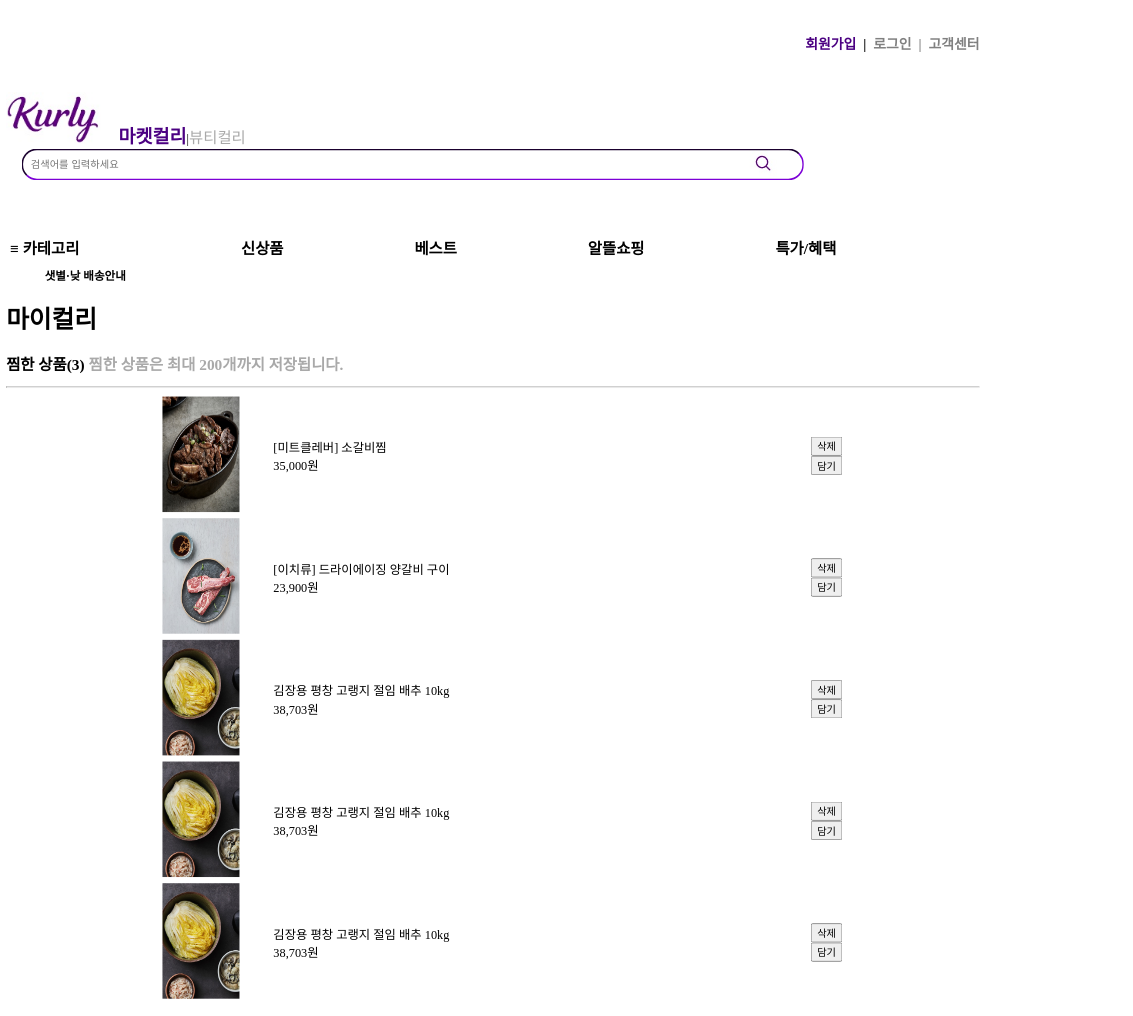
Repository: buildadoor/eclipse
Page: frontWeb/src/main/webapp/z02_kurlyproject/likelist.html
These files come from the project's save history. The page is drawn as it stood at one moment and after the next save; the edit follows.
The browser window is 1280 px wide. The page is 1472 px wide, so the pictures cover 1472 px, including what lies to the right of the window. The pictures show the whole page, at 77% of full size.

Above is the page before, as saved 2022-11-14 11:46:54.

### frontWeb/src/main/webapp/z02_kurlyproject/likelist.html
<!DOCTYPE html>
<html>
<head>
<meta charset="UTF-8">
<title>Kurly 마켓컬리/뷰티컬리</title>
<link href="logo.ico" rel="shortcut icon" type="image/x-icon">
<style type="text/css">
h2{font-size:20px;}
h6{font-size:18px;}
span#ttop{font-size:18px;color:indigo;}
span#ttop1{font-size:18px;color:gray;}
span#top{font-size:24px;color:indigo;}
span{font-size:20px;color:darkgray;}
table#like{margin-left:200px;}
#logo{margin-top:10px;}
#img{width:100px;height:150px;}
#category{margin-left:100px;}
#category2{margin-right:30px;
			font-size:15px;}

#menubar{ background:white;float:left;}
	#menubar ul{
		margin:0;
		padding:0;
		width:100%;
	}
	#menubar ul li{
		display:inline-block;
		list-style-type:none;
		padding:5px 5px;
	}
	#menubar ul li a{
		color:black;
		text-decoration:none;
	}
	#menubar ul li a:hover{
		color:indigo;
		}
 input#search{
 			margin-left:20px;
 			width:400px; height:35px; padding-left:10px;
           background-image:url('search.jpg');
           background-repeat: no-repeat;
           background-size: 80px;
           background-position: right;
           border-color:indigo;
	       border-radius:20px;
			}


</style>
</head>
<body>
<h6 align="right"><span id="ttop">회원가입&ensp;</span>|<span id="ttop1">&ensp;로그인&ensp;|&ensp;고객센터</h6></span>
<p>
<img src="kurly.jpg" id="logo"><strong><span id="top">&ensp;&ensp;마켓컬리</strong></span>|<span>뷰티컬리</span>
<input type="text" name="search" id="search" size="22px" placeholder="검색어를 입력하세요" style="width:1000px;"/>
</p><br><br>
<nav id = "menubar">
	<ul><h2>
		<li><a href="#">
		≡ 카테고리&emsp;&emsp;&emsp;&emsp;&emsp;
		</a>
		<li id="category"><a href="#">신상품&emsp;&emsp;&emsp;</a>
		<li id="category"><a href="#">베스트&emsp;&emsp;&emsp;</a>
		<li id="category"><a href="#">알뜰쇼핑&emsp;&emsp;&emsp;</a>
		<li id="category"><a href="#">특가/혜택&emsp;&emsp;&emsp;&emsp;&emsp;&emsp;&emsp;&emsp;&emsp;</a>
		<li id="category2"><a href="#">&emsp;&emsp;&emsp;샛별·낮 배송안내</a><br>
	</ul></h2>

</nav>

<br><br><br><br>
<h1 align="left">마이컬리</h1>
<p>
<h2 align="left">찜한 상품(3)&nbsp;<span>찜한 상품은 최대 200개까지 저장됩니다.</span></h2>
<hr>
 <table id="like" width="100%" height="100%">
 	<col width="100px"><col width="500px"><col width="300px">

 	<tr><td><img src="product01.jpg" id="img"/></td>
 	<td align:"left" text-color:"darkgray">[미트클레버] 소갈비찜<br>35,000원</td>
 	<td><input type="button" value="삭제" onclick="alert('찜한 목록에서 삭제되었습니다.')"><br>
 	<input type="button" value="담기" onclick="location.href='basket.html'"></td></tr>

 	<tr><td><img src="product02.jpg"id="img"/></td>
 	<td align:"left" text-color:"darkgray">[이치류] 드라이에이징 양갈비 구이<br>23,900원</td>
 	<td><input type="button" value="삭제" onclick="alert('찜한 목록에서 삭제되었습니다.')"><br>
 	<input type="button" value="담기" onclick="location.href='basket.html'" ></td></tr>

 	<tr><td><img src="product03.jpg" id="img"/></td>
 	<td align:"left" text-color:"darkgray">김장용 평창 고랭지 절임 배추 10kg<br>38,703원</td>
 	<td><input type="button" value="삭제" onclick="alert('찜한 목록에서 삭제되었습니다.')"><br>
 	<input type="button" value="담기" onclick="location.href='basket.html'"></td></tr>


 	<tr><td><img src="product03.jpg" id="img"/></td>
 	<td align:"left" text-color:"darkgray">김장용 평창 고랭지 절임 배추 10kg<br>38,703원</td>
 	<td><input type="button" value="삭제" onclick="alert('찜한 목록에서 삭제되었습니다.')"><br>
 	<input type="button" value="담기" onclick="location.href='basket.html'"></td></tr>
 	<tr><td><img src="product03.jpg" id="img"/></td>
 	<td align:"left" text-color:"darkgray">김장용 평창 고랭지 절임 배추 10kg<br>38,703원</td>
 	<td><input type="button" value="삭제" onclick="alert('찜한 목록에서 삭제되었습니다.')"><br>
 	<input type="button" value="담기" onclick="location.href='basket.html'"></td></tr>
</table>
</p>
</body>
</html>

After the next save:
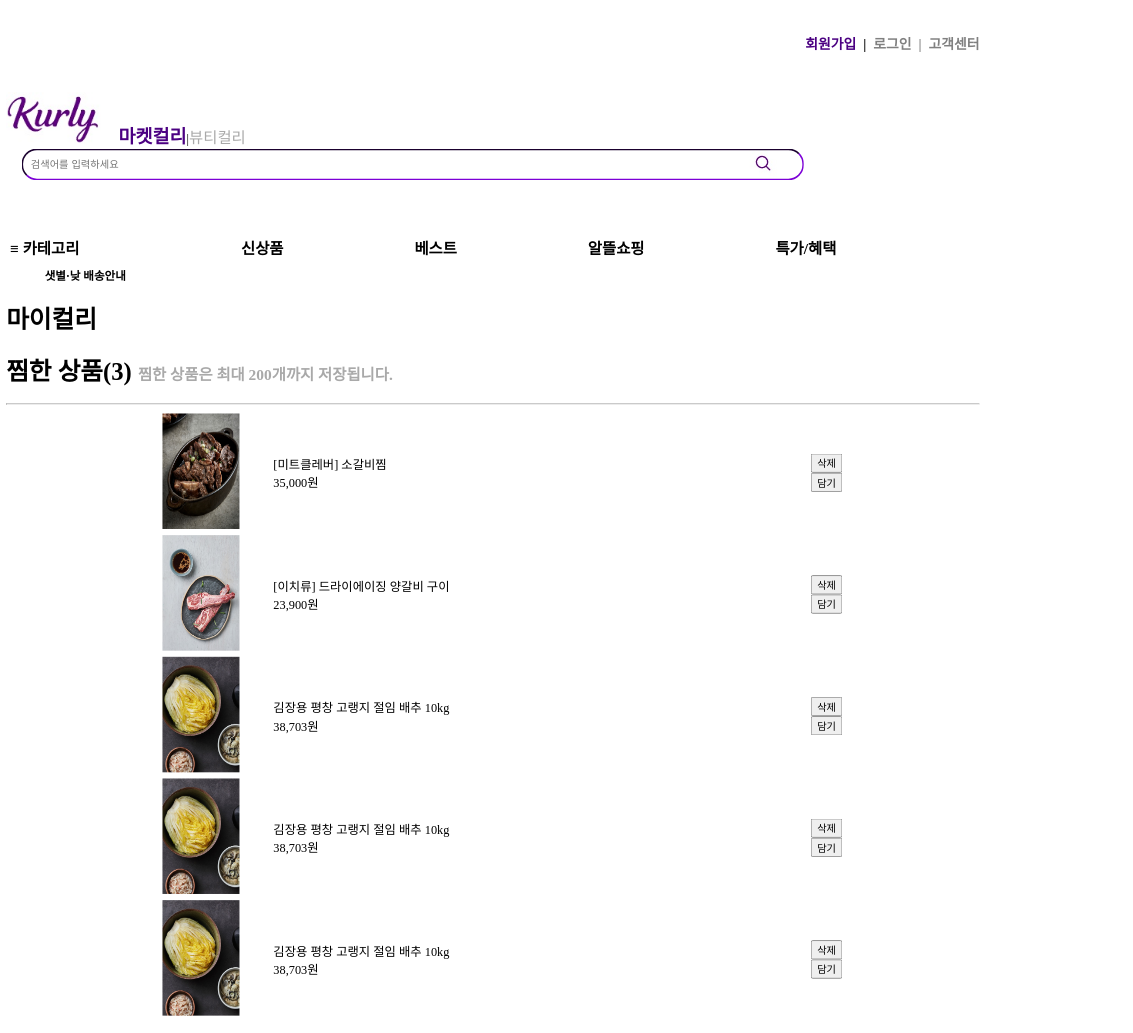
Saved 19 s later.
--- a/frontWeb/src/main/webapp/z02_kurlyproject/likelist.html
+++ b/frontWeb/src/main/webapp/z02_kurlyproject/likelist.html
@@ -73,7 +73,7 @@
 <br><br><br><br>
 <h1 align="left">마이컬리</h1>
 <p>
-<h2 align="left">찜한 상품(3)&nbsp;<span>찜한 상품은 최대 200개까지 저장됩니다.</span></h2>
+<h1 align="left">찜한 상품(3)&nbsp;<span>찜한 상품은 최대 200개까지 저장됩니다.</span></h2>
 <hr>
  <table id="like" width="100%" height="100%">
  	<col width="100px"><col width="500px"><col width="300px">

After the save that followed:
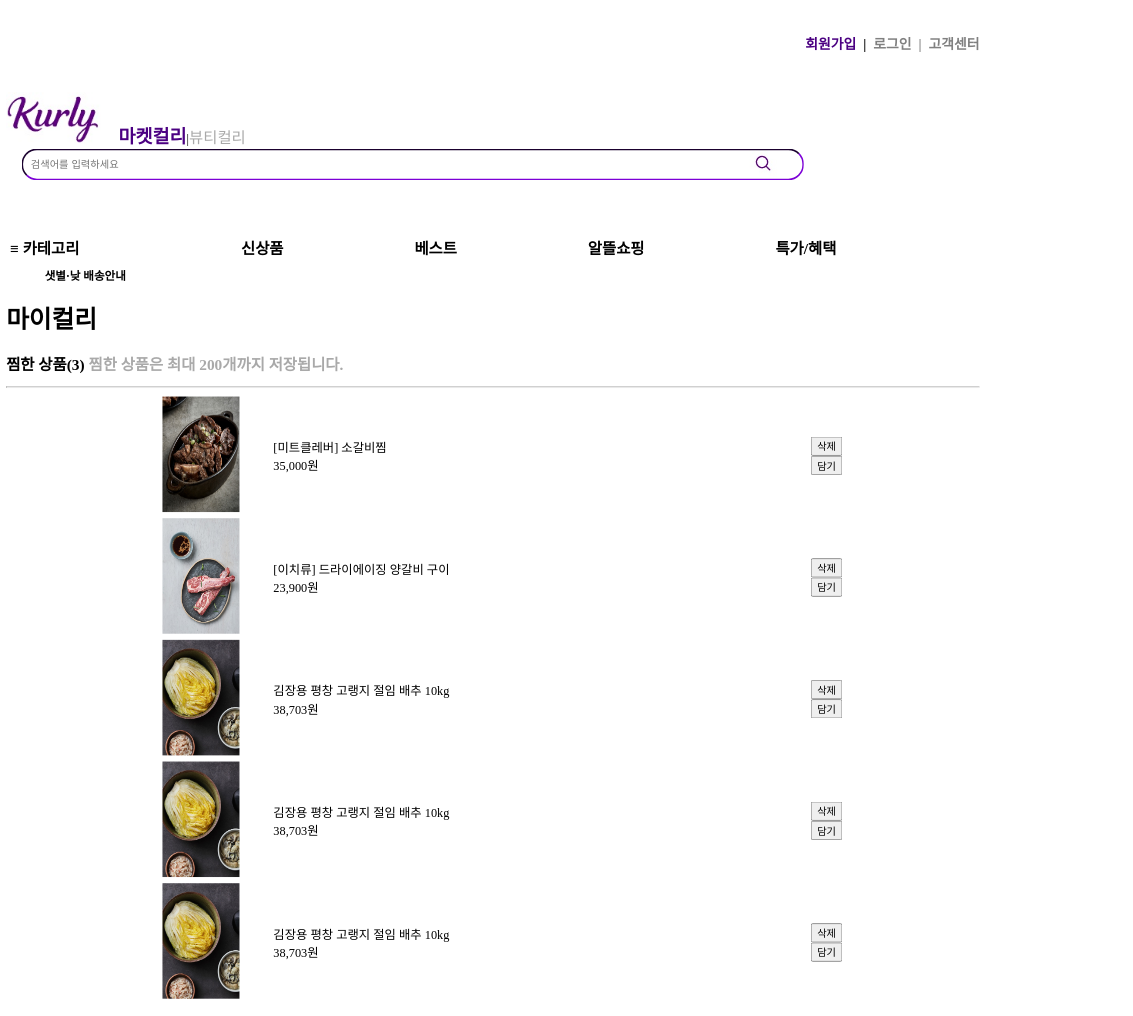
Saved 42 s later.
--- a/frontWeb/src/main/webapp/z02_kurlyproject/likelist.html
+++ b/frontWeb/src/main/webapp/z02_kurlyproject/likelist.html
@@ -46,8 +46,8 @@
            border-color:indigo;
 	       border-radius:20px;
 			}
-
-
+#like{
+ 			margin-left:100px;}
 </style>
 </head>
 <body>
@@ -73,7 +73,7 @@
 <br><br><br><br>
 <h1 align="left">마이컬리</h1>
 <p>
-<h1 align="left">찜한 상품(3)&nbsp;<span>찜한 상품은 최대 200개까지 저장됩니다.</span></h2>
+<h2 align="left">찜한 상품(3)&nbsp;<span>찜한 상품은 최대 200개까지 저장됩니다.</span></h2>
 <hr>
  <table id="like" width="100%" height="100%">
  	<col width="100px"><col width="500px"><col width="300px">
